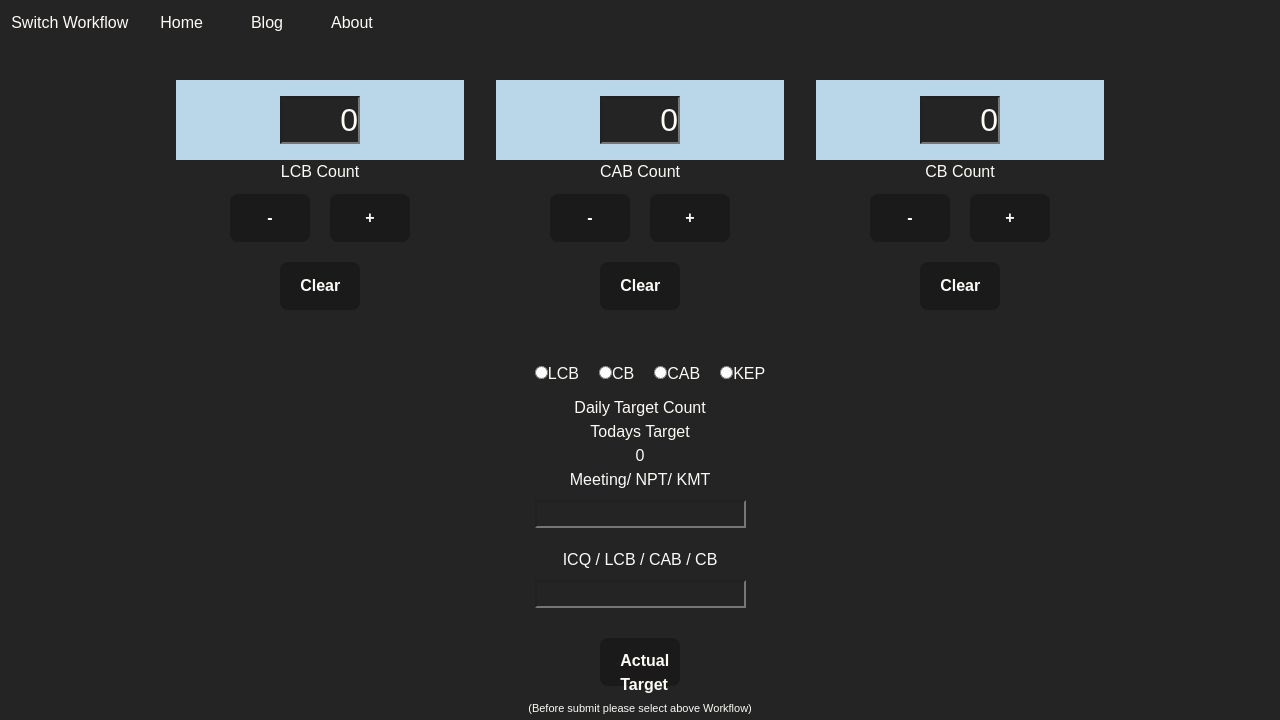
Repository: suraj-yadav7/SwitchWorkflow-Count-reactjs
Page: /
The author's editor kept a copy of each file at every save. The page is drawn from the files as they stood at one save, then again after the next save.
The browser window is 1280 px wide. The pictures show the whole page.
The project was rebuilt for these pictures with package versions that can differ from the ones it lists, and the page was loaded fresh each time.

Above is the page before, as saved 2023-04-20 10:39:33.

### src/App.js
import './App.css';
import DailyTarget from './Components/DailyTarget';
import TitleCount from './Components/TitleCount';

function App() {
  return (
    <>
    <TitleCount />
    <DailyTarget />
    </>
  );
}

export default App;

### src/App.css
*{
  margin: 0;
  padding: 0;
  box-sizing: border-box;


  font-family: Inter, Avenir, Helvetica, Arial, sans-serif;
  font-size: 16px;
  line-height: 24px;
  font-weight: 400;

  /* color-scheme: light dark; */
  color: #FEFBF6;
  background-color: #242424;

  /* font-synthesis: none; */
  /* text-rendering: optimizeLegibility; */
  /* -webkit-font-smoothing: antialiased;
  -moz-osx-font-smoothing: grayscale; */
  font-family: "Work Sans", sans-serif;

}

button{
  width: 5rem;
  margin: 10px;
  height: 3rem;
  border-radius: 8px;
  border: 1px solid transparent;
  padding: 0.6em 1.2em;
  font-size: 1rem;
  font-weight: 700;
  font-family: inherit;
  background-color: #1a1a1a;
  cursor: pointer;
  transition: border-color 0.25s;
}
button:hover {
  border-color: #646cff;
}
button:focus,
button:focus-visible {
  outline: 4px auto -webkit-focus-ring-color;
}
a{
  font-weight: 500;
  color: #646cff;
  text-decoration: inherit;
}
a:hover {
  color: #535bf2;
}
li,a{
  list-style: none;
}
/* Nav bar */
nav{
  width: 100%;
  height: 3rem;
  display: flex;
  padding: 0.7rem;
  font: 400 1.2rem san-serif;
}
nav > ul{
  display: flex;
  gap: 3rem;
  margin-left: 2rem;
}

.container1{
  display:flex ;
  justify-content: center;
  align-items: center;
  gap: 2rem;
  padding: 2rem;
}

.card-body{
  text-align: center;
}
.card{
  background-color :#BAD7E9;
}

.card >input{
  width: 5rem;
  height: 3rem;
  font-size: 2rem;
  text-align: right;
  margin:1rem  6.5rem;
}

/* Daily Target style */
.dailyTarget{
  align-items: center;
  display: flex;
  justify-content: center;
}

.textType{
  display: flex;
  flex-direction: column;
  width: 20rem;
  align-items: center;
  justify-content: center;
}
.textType >input{
  margin: 8px 0px 20px 0px;
  text-align: center;
}

.radioBtn >input{
  margin-left: 20px;
}

/* gitcode */

### src/Components/DailyTarget.jsx
import React from 'react'
import {useState, useEffect} from "react"
const DailyTarget = () => {
        const [target, setTarget] = useState({
            targ:0,
            npt:0,
            icq:0
        })

        const [radioBtn, setradioBtnClick] = useState("")

        const inputVal1 = (e)=>{
            let val = parseInt(e.target.value)
            console.log(val)
            setTarget((prev)=> ({...prev, npt:val || 0}))
        }

        const inputVal2 = (e)=>{
            let val = parseInt(e.target.value)
            console.log(val)
            setTarget((prev)=> ({...prev, icq:val || 0}))

        }

        const targetHandle = (e) =>{
            if(radioBtn === "LCB"){
                let output = (955-((parseInt((target.npt/0.502).toFixed())) + parseInt((target.icq/6).toFixed())))
                setTarget((prev)=>({...prev,targ:output}))
            }
            else if(radioBtn === "CB") {
                let output = (310-((parseInt((target.npt/1.548).toFixed())) + parseInt((target.icq/6).toFixed())))
                // let output = parseInt(310-((parseInt((target.npt).toFixed())) + parseInt((target.icq/6).toFixed())))
                // console.log(310-((target.npt/1.548) + (target.icq/6)))
                setTarget((prev)=>({...prev,targ:output}))
                console.log("the final reulst",target.targ)
            }
            else if(radioBtn === "CAB") {
                let output = (442-((parseInt((target.npt/1.085).toFixed())) + parseInt((target.icq/6).toFixed())))
                setTarget((prev)=>({...prev,targ:output}))
            }

        }
            useEffect(()=>{
                setTarget((prev)=>({...prev,targ:0}))
            },[radioBtn])

    return (
        <>
            <div className='dailyTarget'>
                <div class="card card2" >
                    <div class="card-body textType">
                    <div className="radioBtn" style={{margin: "10px"}}>
                        <input type='radio' onChange={e => setradioBtnClick(e.target.value)} name="workFlow" value="LCB"/>LCB
                        <input type='radio'onChange={e => setradioBtnClick(e.target.value)} name="workFlow" value="CB"/>CB
                        <input type='radio' onChange={e => setradioBtnClick(e.target.value)} name="workFlow" value="CAB"/>CAB
                        <input type='radio'onChange={e => setradioBtnClick(e.target.value)} name="workFlow" value="KEP"/>KEP
                    </div>
                        <h5 class="card-title">Daily Target Count</h5>
                        <span>Todays Target</span><h3>{target.targ<=0?0:target.targ}</h3>
                        <span>Meeting/ NPT/ KMT</span><input type='text' name="npt"  onChange={inputVal1} />
                        <span>ICQ / LCB / CAB / CB</span><input type='text' name="icq"  onChange={inputVal2} />
                        <button  onClick={targetHandle}>Actual Target</button>
                        <p style={{fontSize: "11px"}}>(Before submit please select above Workflow)</p>
                    </div>
                </div>

            </div>
        </>
    )
}

export default DailyTarget

### src/Components/TitleCount.jsx
import React from 'react'
import { useState, useEffect } from 'react'
const TitleCount = () => {

    const [lcbCount, setLcbCount] = useState(parseInt(localStorage.getItem("lcbKey")) || 0)
    const [cbCount, setcbCount] = useState(parseInt(localStorage.getItem("cbKey")) || 0)
    const [cabCount, setCabCount] = useState(parseInt(localStorage.getItem("cabKey")) || 0)

    useEffect(()=>{
        localStorage.setItem("lcbKey", lcbCount)
        localStorage.setItem("cbKey", cbCount)
        localStorage.setItem("cabKey", cabCount)
    },[lcbCount,cbCount,cabCount])

    return (
        <>
        <nav>
            <span>Switch Workflow</span>
                <ul>
                    <li>Home</li>
                    <li>Blog</li>
                    <li>About</li>
                </ul>
        </nav>
            <div className="container1">
                <div class="card" style={{width: "18rem"}}>
                    <input type='text' name="lcbCount" value={lcbCount}/>
                    <div class="card-body">
                        <h5 class="card-title">LCB Count</h5>
                        <button onClick={()=>setLcbCount(val => (lcbCount>0 ? val-1: 0))}>-</button>
                        <button onClick={()=>setLcbCount(val => val+1)}>+</button>
                        <button onClick={()=>setLcbCount(0)}>Clear</button>
                    </div>
                </div>
                <div class="card" style={{width: "18rem"}}>
                    <input type='text' name="cabCount" value={cabCount}/>
                    <div class="card-body">
                        <h5 class="card-title">CAB Count</h5>
                        <button onClick={()=>setCabCount(val => (cabCount>0 ? val-1: 0))}>-</button>
                        <button onClick={()=>setCabCount(val => val+1)}>+</button>
                        <button onClick={()=>setCabCount(0)}>Clear</button>
                    </div>
                </div>
                <div class="card" style={{width: "18rem"}}>
                    <input type='text' name="cbCount" value={cbCount}/>
                    <div class="card-body">
                        <h5 class="card-title">CB Count</h5>
                        <button onClick={()=>setcbCount(val => (cbCount>0 ? val-1: 0))}>-</button>
                        <button onClick={()=>setcbCount(val => val+1)}>+</button>
                        <button onClick={()=>setcbCount(0)}>Clear</button>
                    </div>
                </div>
            </div>

        </>
    )
}

export default TitleCount

Loaded but not shown: src/index.js (common file)

After the next save:
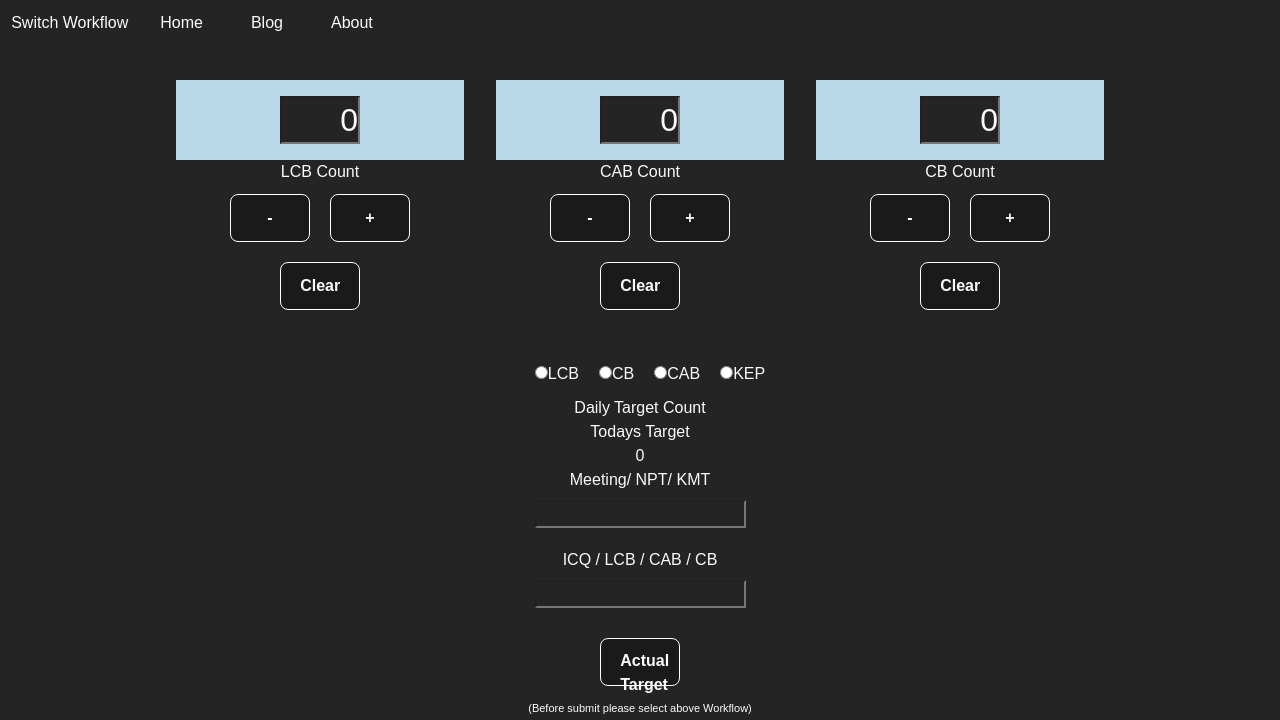
Saved 54 s later.
--- a/src/App.css
+++ b/src/App.css
@@ -26,7 +26,7 @@ button{
   margin: 10px;
   height: 3rem;
   border-radius: 8px;
-  border: 1px solid transparent;
+  border: 1px solid white;
   padding: 0.6em 1.2em;
   font-size: 1rem;
   font-weight: 700;
